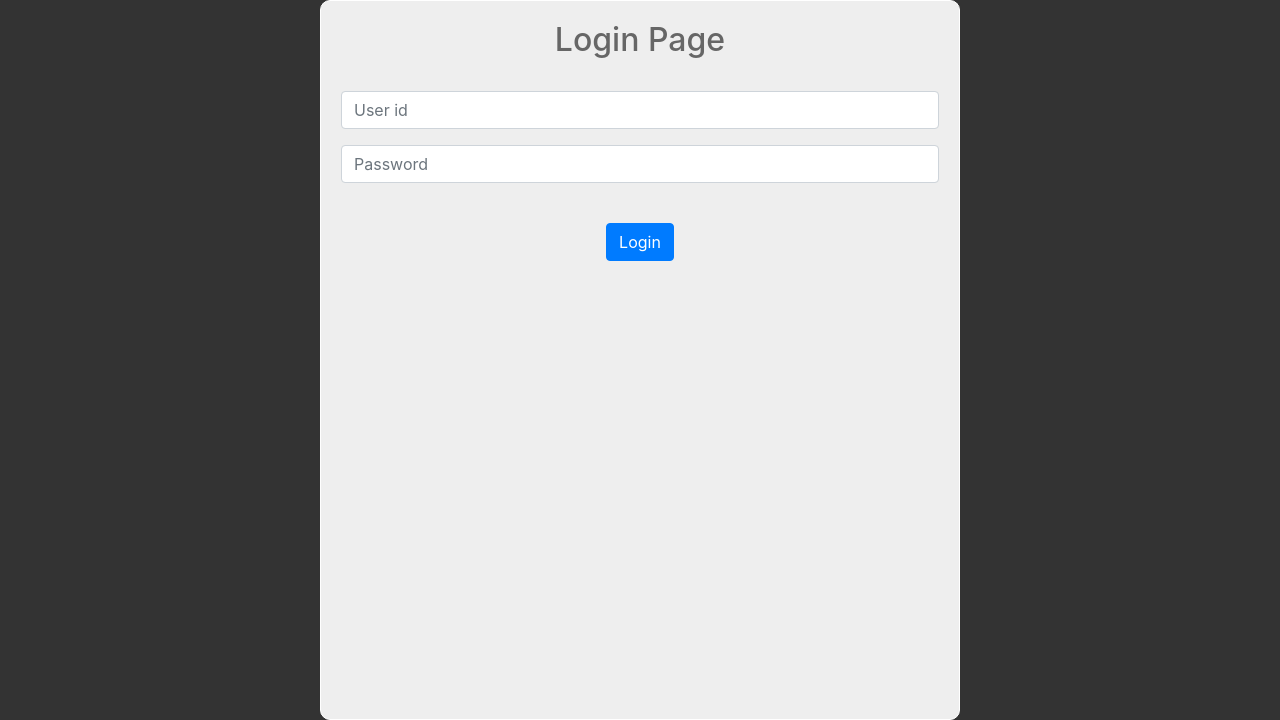
Repository: rkmr039/EMS_PROJECT
Page: EMS/WebContent/login2.html
The author's editor kept a copy of each file at every save. The page is drawn from the files as they stood at one save, then again after the next save.
The browser window is 1280 px wide. The pictures show the whole page.

Above is the page before, as saved 2019-08-30 06:57:19.
Console error: TypeError: Cannot read properties of undefined (reading 'fn')

After the next save:
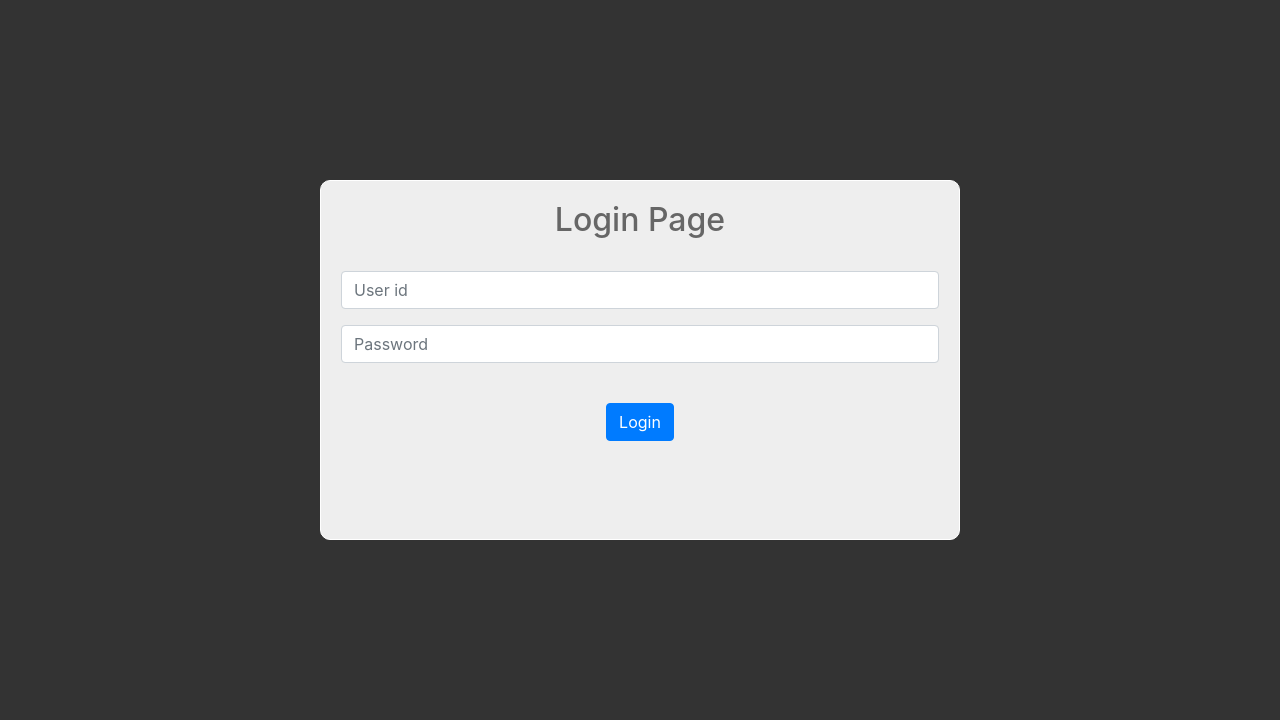
Saved 33 s later.
--- a/EMS/WebContent/login2.html
+++ b/EMS/WebContent/login2.html
@@ -36,7 +36,7 @@ body {
 <body>
  <div class="container">
     <div class="row">
-        <div class="form_bg w-50">
+        <div class="form_bg w-50 h-50">
             <form>
                  <h2 class="text-center">Login Page</h2>
                 <br/>
